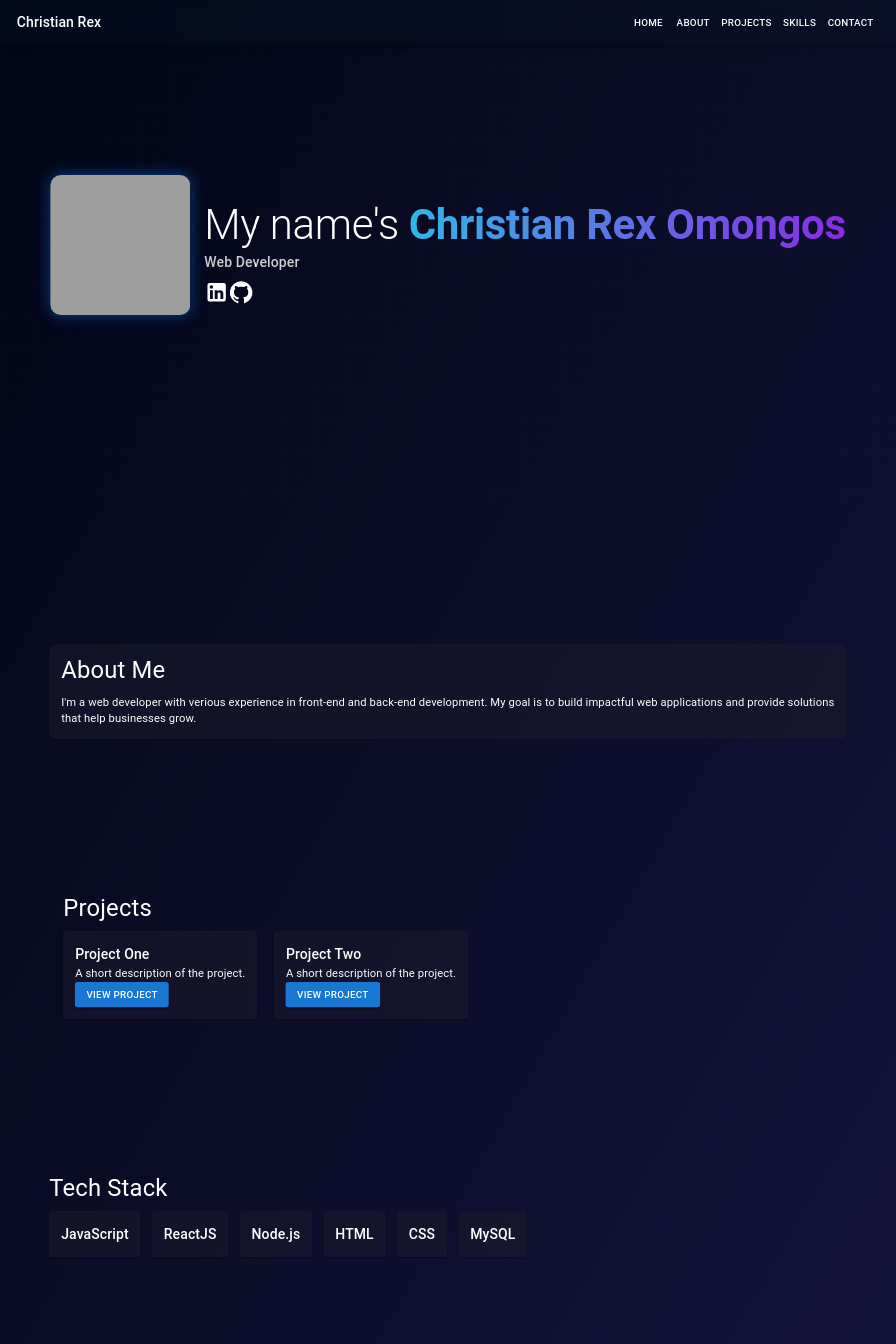
Repository: mikeshadowcoder/myWeb
Page: /
These files come from the project's save history. The page is drawn as it stood at one moment and after the next save; the edit follows.
The browser window is 1280 px wide. The pictures show the part of the page from y = 0 to 1920 px (the page is 2643 px tall before and 720 px after), at 70% of full size.
Pictures or frames that could not be fetched are drawn as grey boxes. The project was rebuilt for these pictures with package versions that can differ from the ones it lists, and the page was loaded fresh each time.

Above is the page before, as saved 2026-01-21 16:46:29.

After the next save:
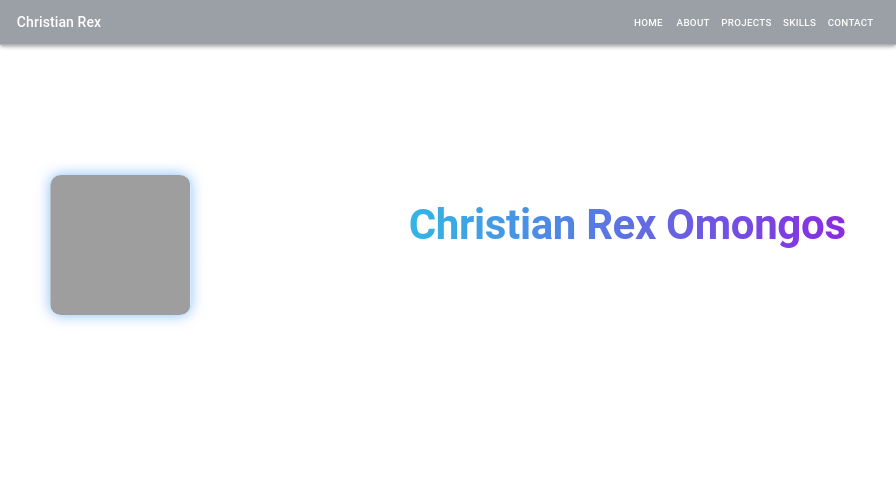
Saved 3 h 46 min later.
--- a/src/styles/global.css
+++ b/src/styles/global.css
@@ -1,8 +1,16 @@
 body {
-    min-height: 100vh;
+    position: fixed;
+  inset: 0;
+  z-index: -1;
+  pointer-events: none;
+
   background:
-    linear-gradient(120deg, #020617, #1e1b4b, #312e81, #0f172a);
-  background-size: 400% 400%;
+    radial-gradient(circle at 20% 30%, #7c3aed66, transparent 55%),
+    radial-gradient(circle at 80% 70%, #22d3ee66, transparent 55%),
+    radial-gradient(circle at 50% 90%, #ec489966, transparent 60%);
+
+  animation: blobDrift 45s ease-in-out infinite;
+  will-change: background-position;
   /* animation: gradientShift 30s ease infinite; */
     color: white;
     margin: 0;

After the 5 saves that followed:
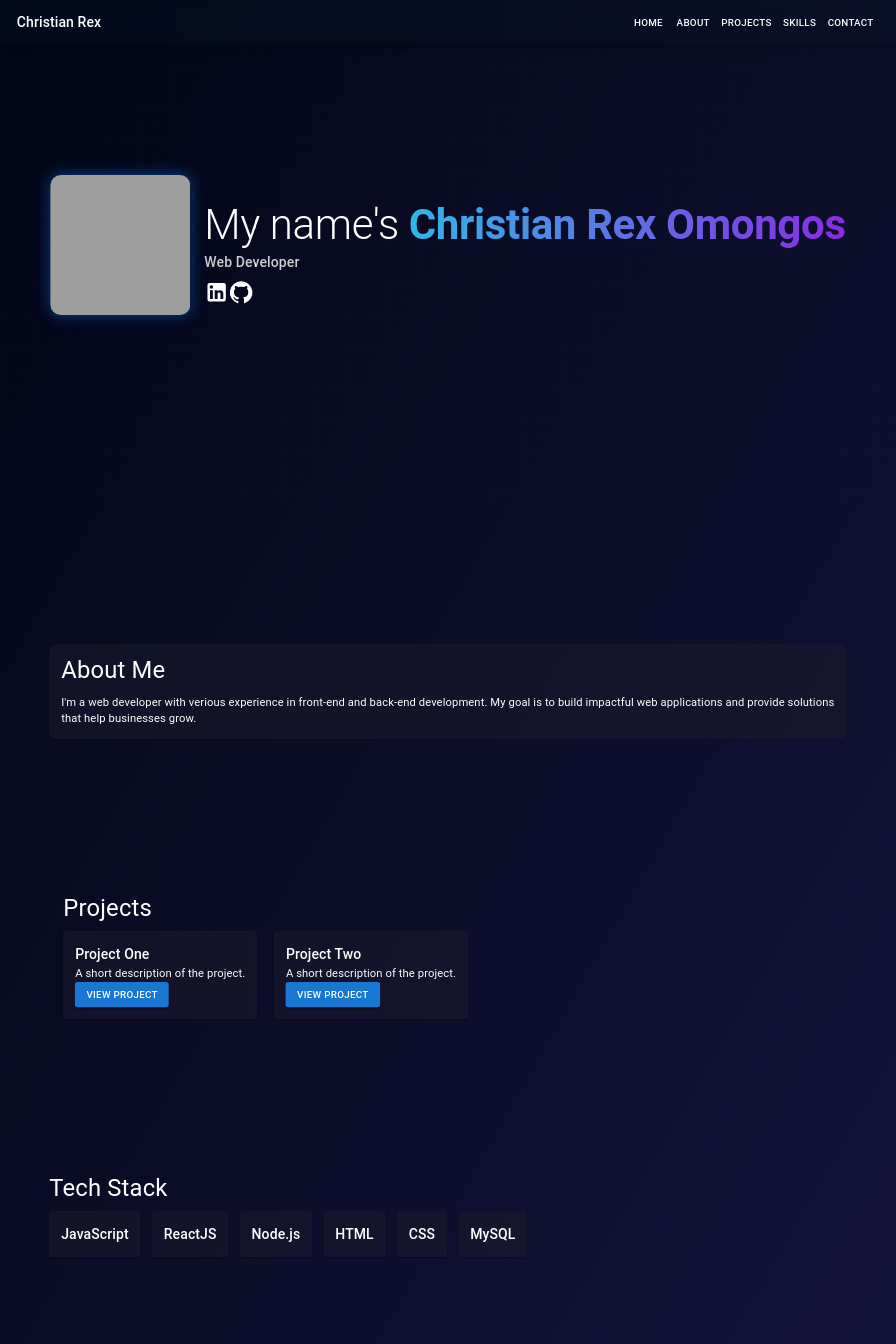
The 5 saves are shown as one change because 4 left the picture as it was.
The last was saved 73 s later.
--- a/src/styles/global.css
+++ b/src/styles/global.css
@@ -1,16 +1,8 @@
 body {
-    position: fixed;
-  inset: 0;
-  z-index: -1;
-  pointer-events: none;
-
+    min-height: 100vh;
   background:
-    radial-gradient(circle at 20% 30%, #7c3aed66, transparent 55%),
-    radial-gradient(circle at 80% 70%, #22d3ee66, transparent 55%),
-    radial-gradient(circle at 50% 90%, #ec489966, transparent 60%);
-
-  animation: blobDrift 45s ease-in-out infinite;
-  will-change: background-position;
+    linear-gradient(120deg, #020617, #1e1b4b, #312e81, #0f172a);
+  background-size: 400% 400%;
   /* animation: gradientShift 30s ease infinite; */
     color: white;
     margin: 0;
